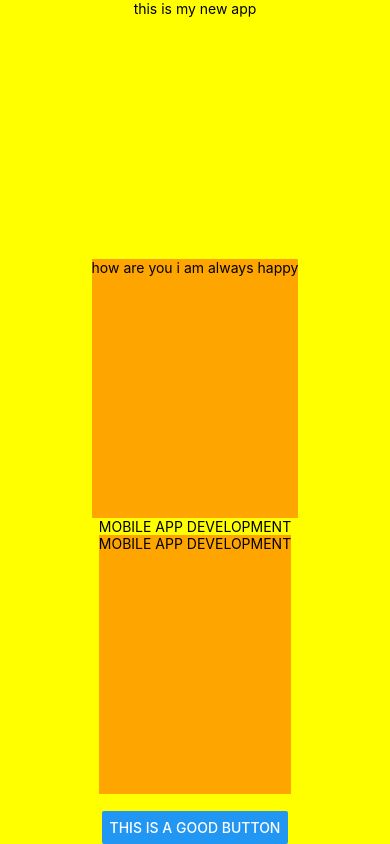
Repository: 2000-Nanayaw/MobileApp
Screen: /
The author's editor kept a copy of each file at every save. The screen is drawn from the files as they stood at one save, then again after the next save.
The app was drawn by React Native's web renderer in a window 390 px wide. The project was rebuilt for these pictures with package versions that can differ from the ones it lists, and the page was loaded fresh each time.

Above is the screen before, as saved 2023-08-26 02:56:21.

After the next save:
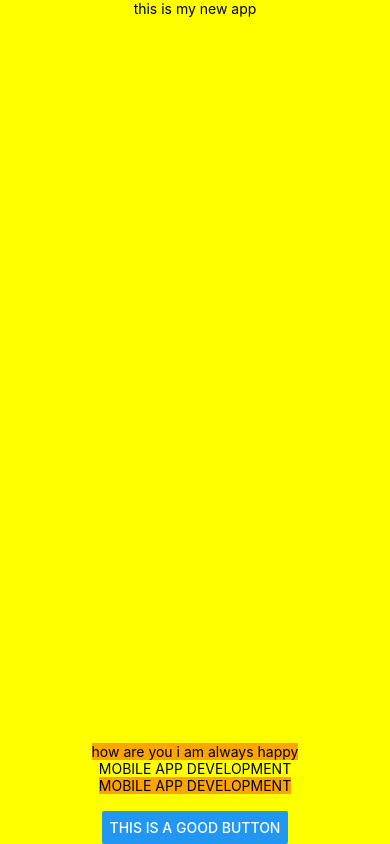
Saved 4 min 11 s later.
--- a/App.js
+++ b/App.js
@@ -54,7 +54,7 @@ container: {
   justifyContent: "center",
 },
 colors:{
-  flex: 2,
+
   backgroundColor: "orange",
 
 }
